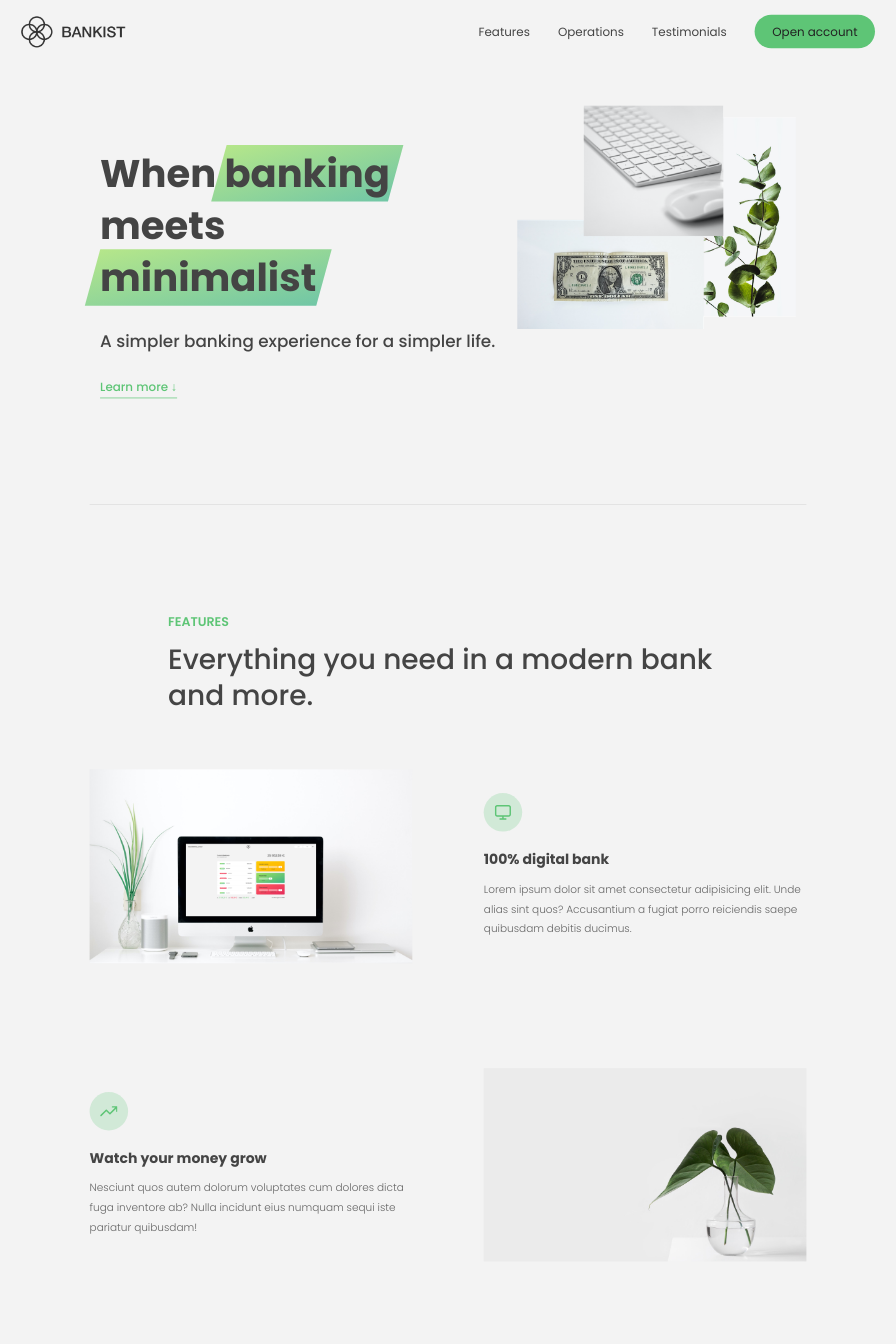
Repository: nptg3105/Bankist
Page: index.html
These files come from the project's save history. The page is drawn as it stood at one moment and after the next save; the edit follows.
The browser window is 1280 px wide. The pictures show the part of the page from y = 0 to 1920 px (the page is 5090 px tall before and 5180 px after), at 70% of full size.
Some web libraries are served in a nearby version.

Above is the page before, as saved 2022-06-03 07:24:56.

After the next save:
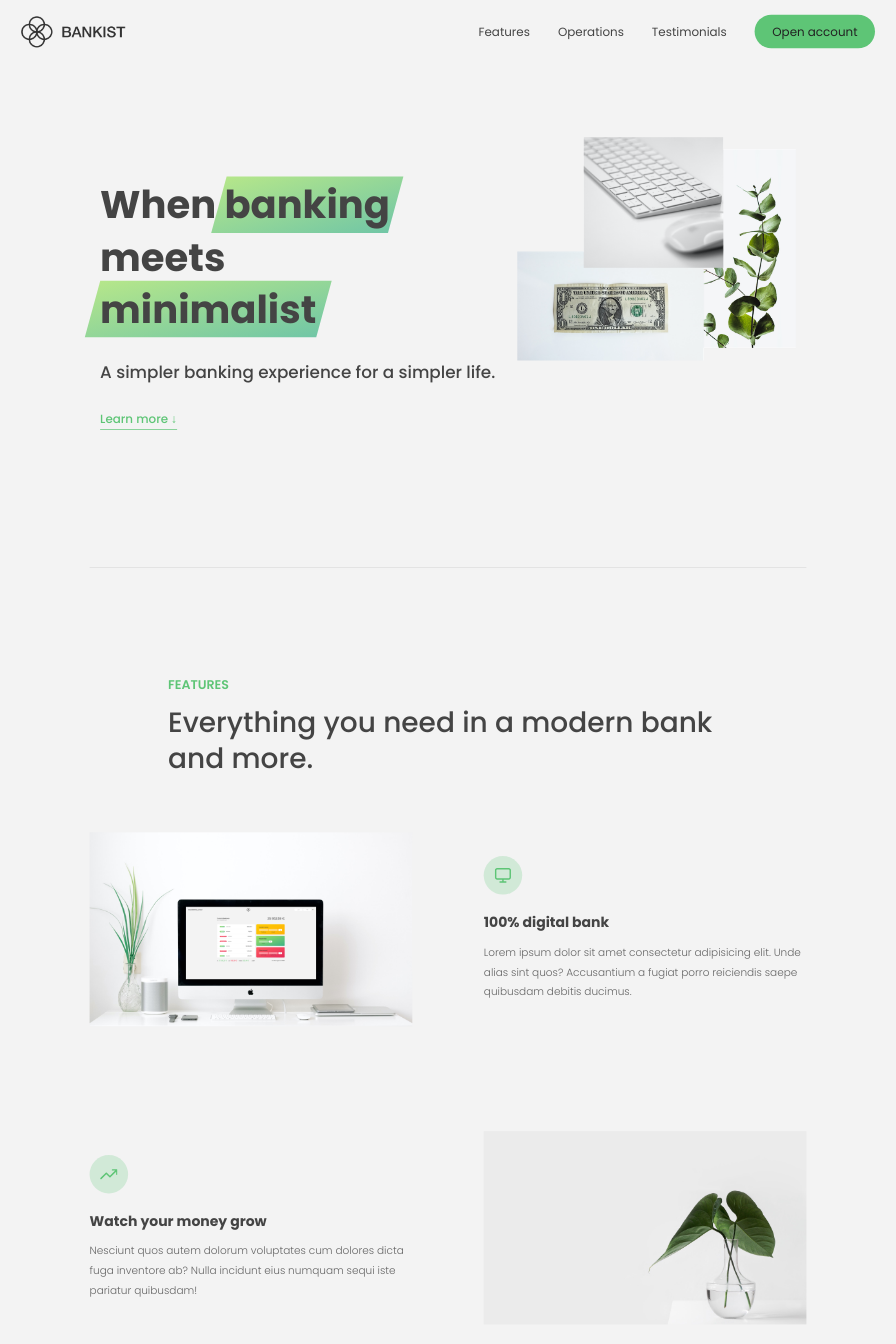
Saved 9 s later.
--- a/index.html
+++ b/index.html
@@ -21,31 +21,31 @@
     <title>Bankist | When Banking meets Minimalist</title>
   </head>
   <body>
+    <nav class="nav container-fluid">
+      <img
+        src="images/logo.png"
+        alt="Bankist logo"
+        class="nav__logo"
+        id="logo"
+      />
+      <ul class="nav__links">
+        <li class="nav__item">
+          <a class="nav__link" href="#section--1">Features</a>
+        </li>
+        <li class="nav__item">
+          <a class="nav__link" href="#section--2">Operations</a>
+        </li>
+        <li class="nav__item">
+          <a class="nav__link" href="#section--3">Testimonials</a>
+        </li>
+        <li class="nav__item">
+          <a class="nav__link nav__link--btn btn--show-modal" href="#"
+            >Open account</a
+          >
+        </li>
+      </ul>
+    </nav>
     <header class="header">
-      <nav class="nav container-fluid">
-        <img
-          src="images/logo.png"
-          alt="Bankist logo"
-          class="nav__logo"
-          id="logo"
-        />
-        <ul class="nav__links">
-          <li class="nav__item">
-            <a class="nav__link" href="#section--1">Features</a>
-          </li>
-          <li class="nav__item">
-            <a class="nav__link" href="#section--2">Operations</a>
-          </li>
-          <li class="nav__item">
-            <a class="nav__link" href="#section--3">Testimonials</a>
-          </li>
-          <li class="nav__item">
-            <a class="nav__link nav__link--btn btn--show-modal" href="#"
-              >Open account</a
-            >
-          </li>
-        </ul>
-      </nav>
       <div class="header__title container">
         <h1>
           When
